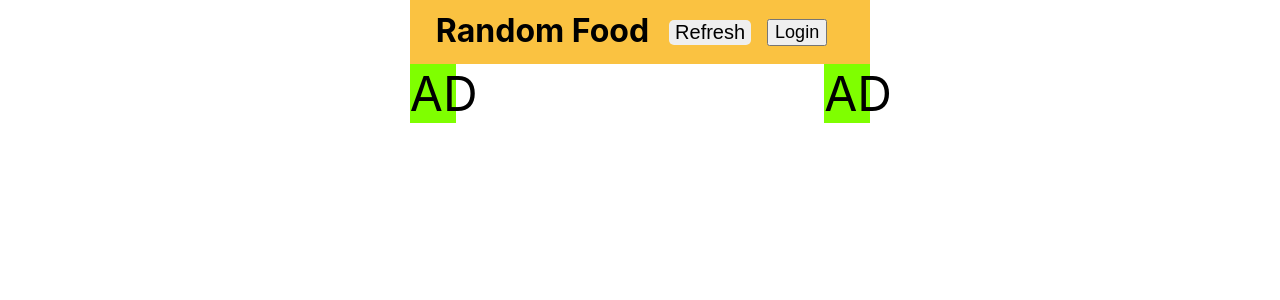
Repository: limjoohyun2030/random-food
Page: /random-food/home
These files come from the project's save history. The page is drawn as it stood at one moment and after the next save; the edit follows.
The browser window is 1280 px wide. The pictures show the whole page.
The page's requests for data from a server got no answer. The project was rebuilt for these pictures with package versions that can differ from the ones it lists, and the page was loaded fresh each time. A package was used in the major version that the imports need, not the one package.json lists. No one was signed in, and anything a server would have sent is missing. Also part of the build but not shown: src/components/food_detail/food_detail.module.css, src/components/food_detail/food_detail.jsx, src/components/food_item/food_item.module.css, src/components/food_item/food_item.jsx, src/components/login/login.module.css, src/components/login/login.jsx.

Above is the page before, as saved 2021-11-11 17:12:32.

### public/index.html
<!DOCTYPE html>
<html lang="en">
  <head>
    <meta charset="utf-8" />
    <link rel="icon" href="/images/foodIcon.ico" />
    <meta name="viewport" content="width=device-width, initial-scale=1" />
    <meta name="theme-color" content="#000000" />
    <meta
      name="description"
      content="Web site created using create-react-app"
    />

    <title>Random Food</title>
  </head>
  <body>
    <noscript>You need to enable JavaScript to run this app.</noscript>
    <div id="root"></div>
  </body>
</html>

### src/index.js
import React from "react";
import ReactDOM from "react-dom";
import "./index.css";
import App from "./app";
import AuthService from "./service/auth_service";

const authService = new AuthService();

ReactDOM.render(
  <React.StrictMode>
    <App authService={authService} />
  </React.StrictMode>,
  document.getElementById("root")
);

### src/index.css
body {
  margin: 0;
  padding: 0;
  font-family: -apple-system, BlinkMacSystemFont, "Segoe UI", "Roboto", "Oxygen",
    "Ubuntu", "Cantarell", "Fira Sans", "Droid Sans", "Helvetica Neue",
    sans-serif;
  -webkit-font-smoothing: antialiased;
  -moz-osx-font-smoothing: grayscale;
}

code {
  font-family: source-code-pro, Menlo, Monaco, Consolas, "Courier New",
    monospace;
}

* {
  box-sizing: border-box;
}

#root {
  display: flex;
  justify-content: center;
}

### src/app.jsx
import { useEffect, useState, useRef } from "react";
import { BrowserRouter, Route, Switch } from "react-router-dom";
import styles from "./app.module.css";
import FoodDetail from "./components/food_detail/food_detail";
import FoodList from "./components/food_list/food_list";
import Header from "./components/header/header";
import Login from "./components/login/login";


function App({ authService }) {
  const ref = useRef();
  const [foods, setFoods] = useState([]);
  const [isSelectedFood, setIsSelectedFood] = useState();
  const [isFoodOpen, setIsFoodOpen] = useState(false);
  const [isRefresh, setIsRefresh] = useState(false);

  const selectFood = (food) => {
    setIsSelectedFood(food);
  };

  const onRefreshClick = () => {
    setIsRefresh((oldstate) => !oldstate);
  };

  useEffect(() => {
    const myHeaders = new Headers();
    myHeaders.append("Content-Type", "application/json");

    const requestOptions = {
      method: "GET",
      headers: myHeaders,
      redirect: "follow",
    };

    fetch(
      "https://api.spoonacular.com/recipes/random?number=4&apiKey=92cedfb0b9e844679738e6c6c90cd453",
      requestOptions
    )
      .then((response) => response.json())
      .then((result) => setFoods(result.recipes))
      .catch((error) => console.log("error", error));
  }, [isRefresh]);

  useEffect(() => {
    const checkIfClickedOutside = (e) => {
      if (isFoodOpen && ref.current && !ref.current.contains(e.target)) {
        setIsFoodOpen(false);
      }
    };

    document.addEventListener("mousedown", checkIfClickedOutside);

    return () => {
      document.removeEventListener("mousedown", checkIfClickedOutside);
    };
  }, [isFoodOpen]);

  return (
    <div className={styles.app}>
      <BrowserRouter>
        <Switch>
          <Route
            exact
            path="/random-food/"
            render={() => <Login authService={authService} />}
          />

          <Route
            path="/random-food/home"
            render={() => (
              <div>
                <Header onRefreshClick={onRefreshClick} />
                <section>
                  <div className={styles.detail}>
                    {isFoodOpen && <FoodDetail food={isSelectedFood} />}
                  </div>

                  <div
                    className={styles.list}
                    onClick={() => setIsFoodOpen((oldstate) => !oldstate)}
                  >
                    <FoodList
                      foods={foods}
                      onFoodClick={selectFood}
                      ref={ref}
                    />
                  </div>
                </section>
              </div>
            )}
          />
          <Route path="*">
            <h2>Page Not Found</h2>
          </Route>
        </Switch>
      </BrowserRouter>
    </div>
  );
}

export default App;

### src/service/auth_service.js
import firebase from "firebase";
import firebaseApp from "./firebase";

class AuthService {
  login() {
    const authProvider = new firebase.auth.GoogleAuthProvider();
    return firebaseApp.auth().signInWithPopup(authProvider);
  }
}

export default AuthService;

### src/app.module.css
/* @value makerLightOrange from './common/colors.css'; */

.app {
  max-width: 100rem;
  /* background-image: url("https://image.freepik.com/free-photo/spaghetti-with-spicy-mixed-seafood-dark-background_1150-45297.jpg"); */
  background-repeat: no-repeat;
  background-size: 100vw 100vh;
}

.content {
  position: relative;
}

.detail {
  z-index: 2;
  /* margin: auto 0; */
  margin-top: 1em;
  height: 520px;
  width: auto;
  position: absolute;
  background-color: #dfe08e;
}

.list {
  /* visibility: hidden; */
  z-index: 1;
}

### src/components/food_list/food_list.jsx
import React from "react";
import FoodItem from "../food_item/food_item";
import styles from "./food_list.module.css";

const FoodList = React.forwardRef(({ foods, onFoodClick }, ref) => {
  return (
    <section className={styles.foodBox}>
      <div className={styles.sidebarLeft}>AD</div>
      <ul className={styles.foods}>
        {foods &&
          foods.map((food) => (
            <FoodItem
              key={food.id}
              food={food}
              onFoodClick={onFoodClick}
              ref={ref}
            />
          ))}
      </ul>
      <div className={styles.sidebarRight}>AD</div>
    </section>
  );
});

export default FoodList;

### src/components/header/header.jsx
import styles from "./header.module.css";
import React from "react";

const Header = ({ onRefreshClick }) => {
  return (
    <header className={styles.header}>
      <div className={styles.leftbox}>
        {/* <img
          className={styles.foodIcon}
          src="https://github.com/Sweetpotatopizza/random-food/blob/main/public/images/reloadIcon.png"
          alt="logo"
        /> */}
        <h1 className={styles.title}>Random Food</h1>
        <button className={styles.reloadBox} onClick={onRefreshClick}>
          Refresh
          {/* <img
            className={styles.reloadBtn}
            src="/images/reload.png"
            alt="reload"
          /> */}
        </button>
      </div>
      {/* fontawesome needed */}
      <div className={styles.rightbox}>
        {/* <button className={styles.like}>Like</button> */}
        <button className={styles.login}>Login</button>
      </div>
    </header>
  );
};

export default Header;

### src/service/firebase.js
// Import the functions you need from the SDKs you need
// import { initializeApp } from "firebase/app";
import firebase from "firebase";

// TODO: Add SDKs for Firebase products that you want to use
// https://firebase.google.com/docs/web/setup#available-libraries

// Your web app's Firebase configuration
// For Firebase JS SDK v7.20.0 and later, measurementId is optional
const firebaseConfig = {
  apiKey: process.env.REACT_APP_FIREBASE_API_KEY,
  authDomain: process.env.REACT_APP_FIREBASE_AUTH_DOMAIN,
  databaseURL: process.env.REACT_APP_FIREBASE_DB_URL,
  projectId: process.env.REACT_APP_FIREBASE_PROJECT_ID,
  appId: process.env.REACT_APP_FIREBASE_APP_ID,
};

// console.log(process.env.REACT_APP_FIREBASE_API_KEY);
// Initialize Firebase
const firebaseApp = firebase.initializeApp(firebaseConfig);
export default firebaseApp;

### src/components/food_list/food_list.module.css
.foodBox {
  display: flex;
}

.foods {
  display: flex;
  flex-wrap: wrap;
  list-style: none;
  justify-content: center;
  align-items: center;
  width: 80%;
  margin: 0 auto;
  padding: 0;
}

.sidebarLeft {
  margin-top: ;
  background-color: chartreuse;
  font-size: 3em;
  width: 10%;
  cursor: pointer;
  position: relative;
}

.sidebarLeft::after {
  position: absolute;
  z-index: 2;
}

.sidebarRight {
  margin-top: ;
  background-color: chartreuse;
  font-size: 3em;
  width: 10%;
  cursor: pointer;
  position: relative;
}

.sidebarRight::after {
  position: absolute;
  z-index: 2;
}

@media screen and (max-width: 769px) {
  .foods {
    flex-direction: column;
    flex-wrap: nowrap;
    width: 100%;
  }
}

### src/components/header/header.module.css
/* @value makerOrange from '../../common/colors.css'; */

.header {
  display: flex;
  height: 4rem;
  padding: 0.8em 1em;
  background-color: #fac241;
  align-items: center;
  justify-content: space-between;
}

.leftbox {
  display: flex;
  align-items: center;
  margin-right: 1em;
}

.title {
  margin-top: 19px;
  margin-left: 10px;
}

.foodIcon {
  width: 50px;
  height: 50px;
}

.reloadBox {
  font-size: 20px;
  border-radius: 5px;
  border: none;
  margin-left: 1em;
  transition: transform 200ms ease-in-out;
}

.reloadBox:hover {
  cursor: pointer;
  transform: scale(1.07);
}

.reloadBtn {
  width: 40px;
  height: 40px;
}

.reloadBtn:hover {
  cursor: pointer;
  animation-name: spin;
  animation-duration: 2000ms;
  animation-iteration-count: infinite;
  animation-timing-function: linear;
}

@keyframes spin {
  from {
    transform: rotate(0deg);
  }
  to {
    transform: rotate(360deg);
  }
}

.like {
  margin-right: 1.5em;
  font-size: large;
  cursor: pointer;
  transition: transform 200ms ease-in-out;
}

.like:hover {
  transform: scale(1.07);
}

.login {
  margin-right: 1.5em;
  font-size: large;
  cursor: pointer;
}

After the next save:
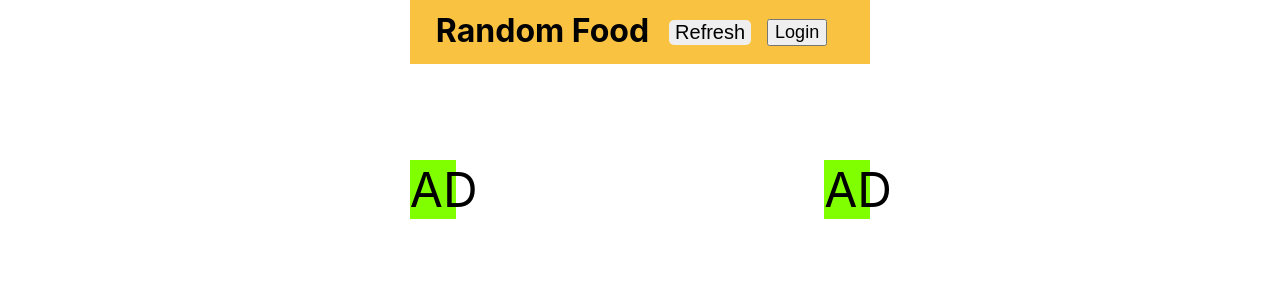
Saved 4 s later.
--- a/src/components/food_list/food_list.module.css
+++ b/src/components/food_list/food_list.module.css
@@ -14,7 +14,7 @@
 }
 
 .sidebarLeft {
-  margin-top: ;
+  margin-top: 2em;
   background-color: chartreuse;
   font-size: 3em;
   width: 10%;
@@ -28,7 +28,7 @@
 }
 
 .sidebarRight {
-  margin-top: ;
+  margin-top: 2em;
   background-color: chartreuse;
   font-size: 3em;
   width: 10%;
